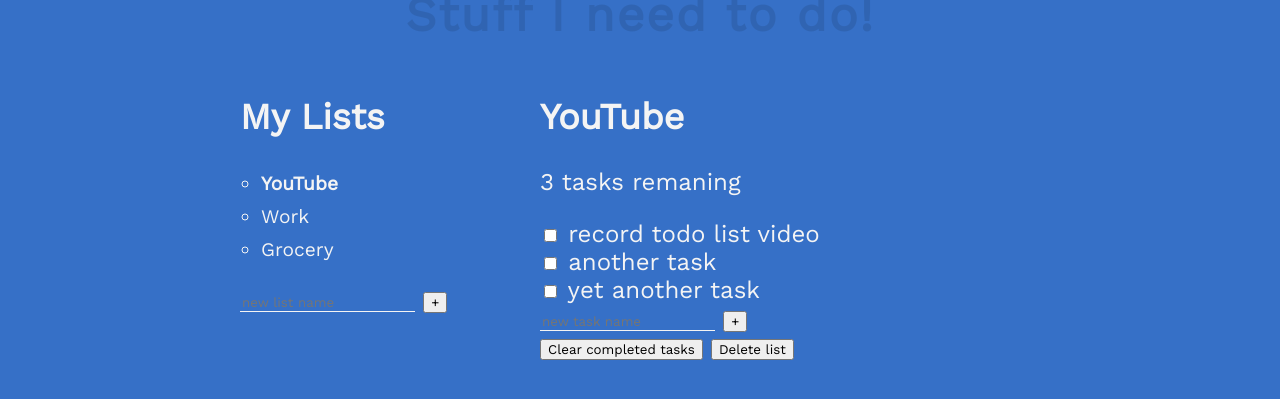
Repository: PratypartyY2K/JavaScript-Projects
Page: Better-ToDo-App/index.html
An editor plug-in stored every save of this project. The page is shown before and after the next save, followed by the edit.
The browser window is 1280 px wide. The pictures show the whole page.

Above is the page before, as saved 2021-07-06 00:34:52.

After the next save:
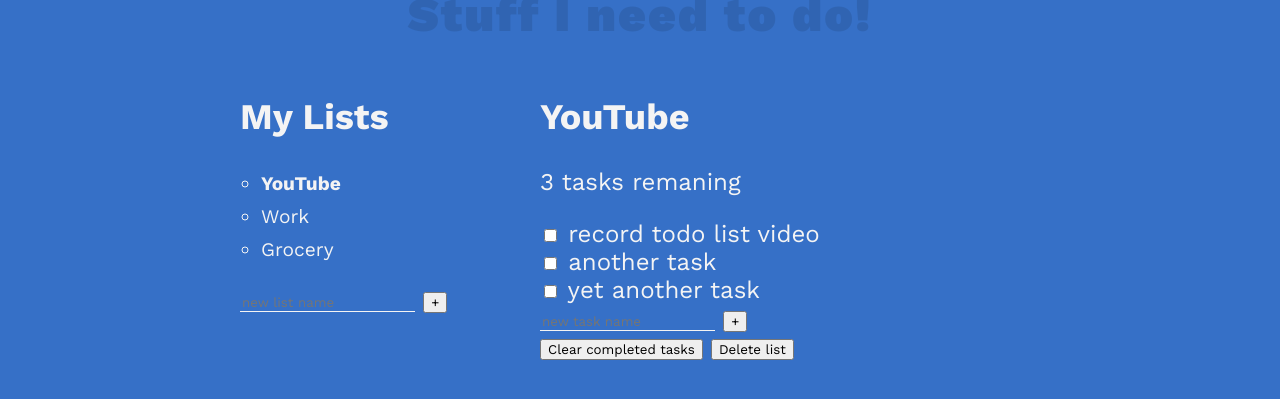
Saved 87 s later.
--- a/Better-ToDo-App/styles.css
+++ b/Better-ToDo-App/styles.css
@@ -1,4 +1,4 @@
-@import url('https://fonts.googleapis.com/css2?family=Work+Sans&display=swap');
+@import url('https://fonts.googleapis.com/css2?family=Work+Sans:wght@400;700;900&display=swap');
 
 :root {
     --clr-primary: rgb(54, 112, 199);
